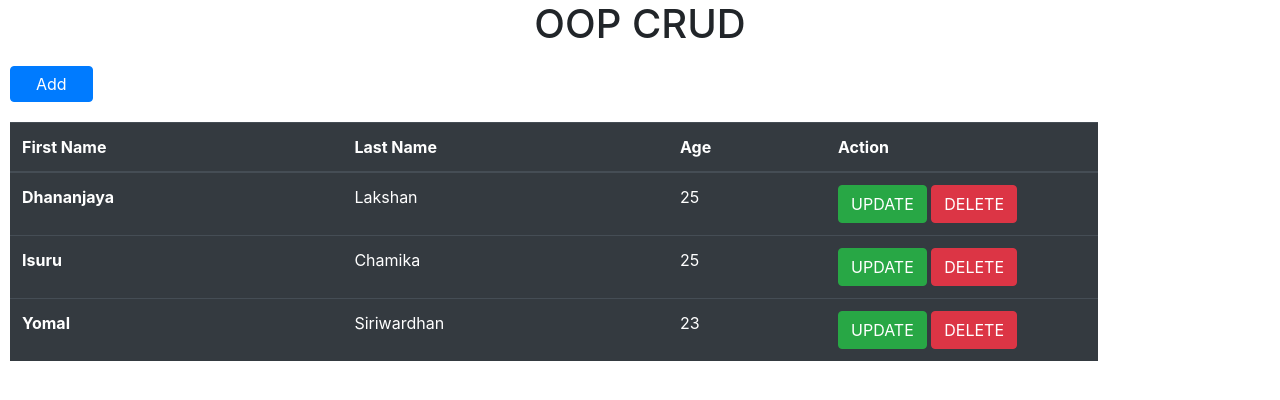
Repository: DhananjayaLakshan/PHP_CRUD_OOP1
Page: index.html
These files come from the project's save history. The page is drawn as it stood at one moment and after the next save; the edit follows.
The browser window is 1280 px wide. The pictures show the whole page.

Above is the page before, as saved 2023-11-30 11:03:44.

After the next save:
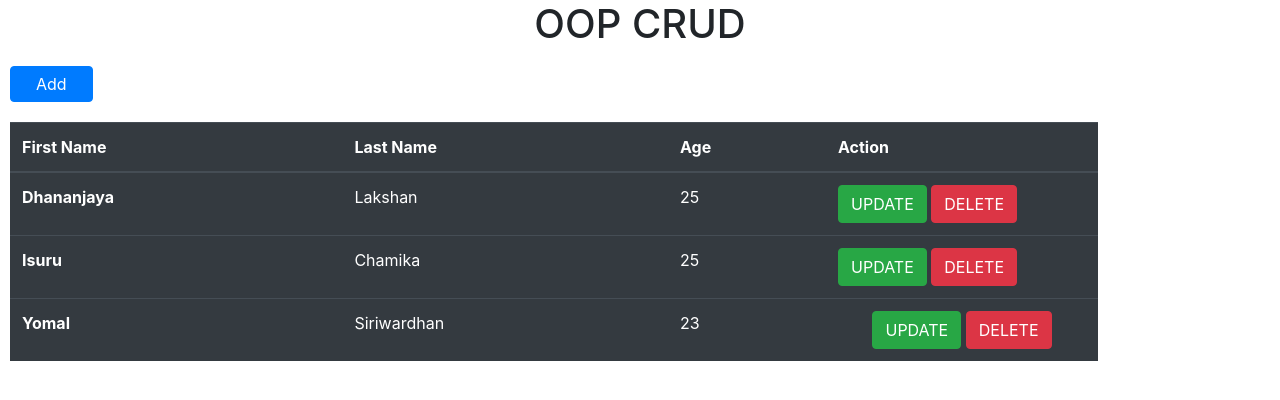
Saved 9 s later.
--- a/index.html
+++ b/index.html
@@ -51,7 +51,7 @@
                 <th>Yomal</th>
                 <td>Siriwardhan</td>
                 <td>23</td>
-                <td style="width: 25%; align-items:center;">
+                <td style="width: 25%; text-align: center;">
                     <button class="btn btn-success">UPDATE</button>
                     <button class="btn btn-danger">DELETE</button>
                 </td>
